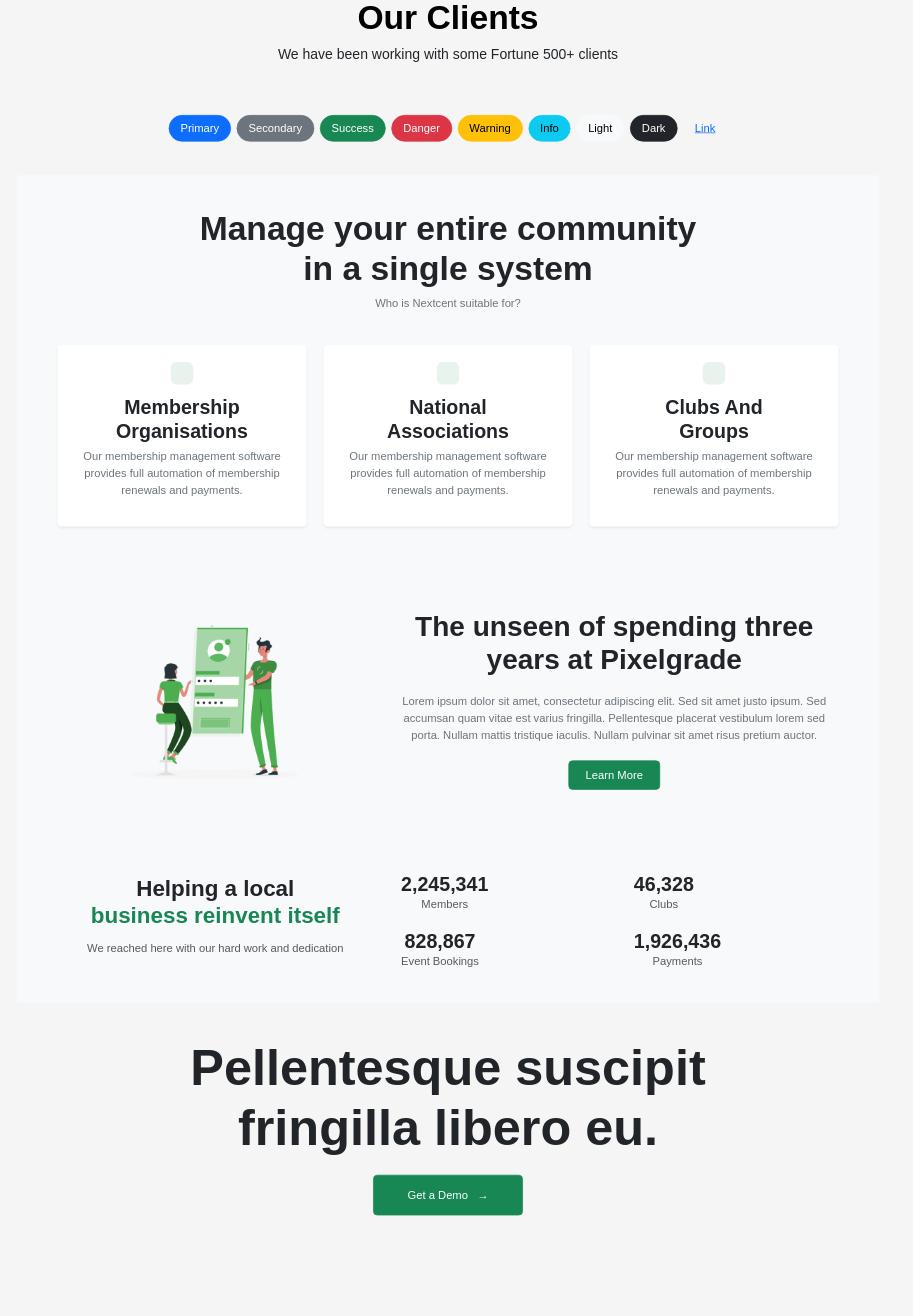
Repository: Laibaaa10/Bootstrap1
Page: index.html
An editor plug-in stored every save of this project. The page is shown before and after a run of saves, followed by the edit.
The browser window is 1280 px wide. The page is 1304 px wide, so the pictures cover 1304 px, including what lies to the right of the window. The pictures show the part of the page from y = 916 to 2796 px (the page is 2796 px tall), at 70% of full size.

Above is the page before, as saved 2026-06-18 07:51:03.

After the next 3 saves:
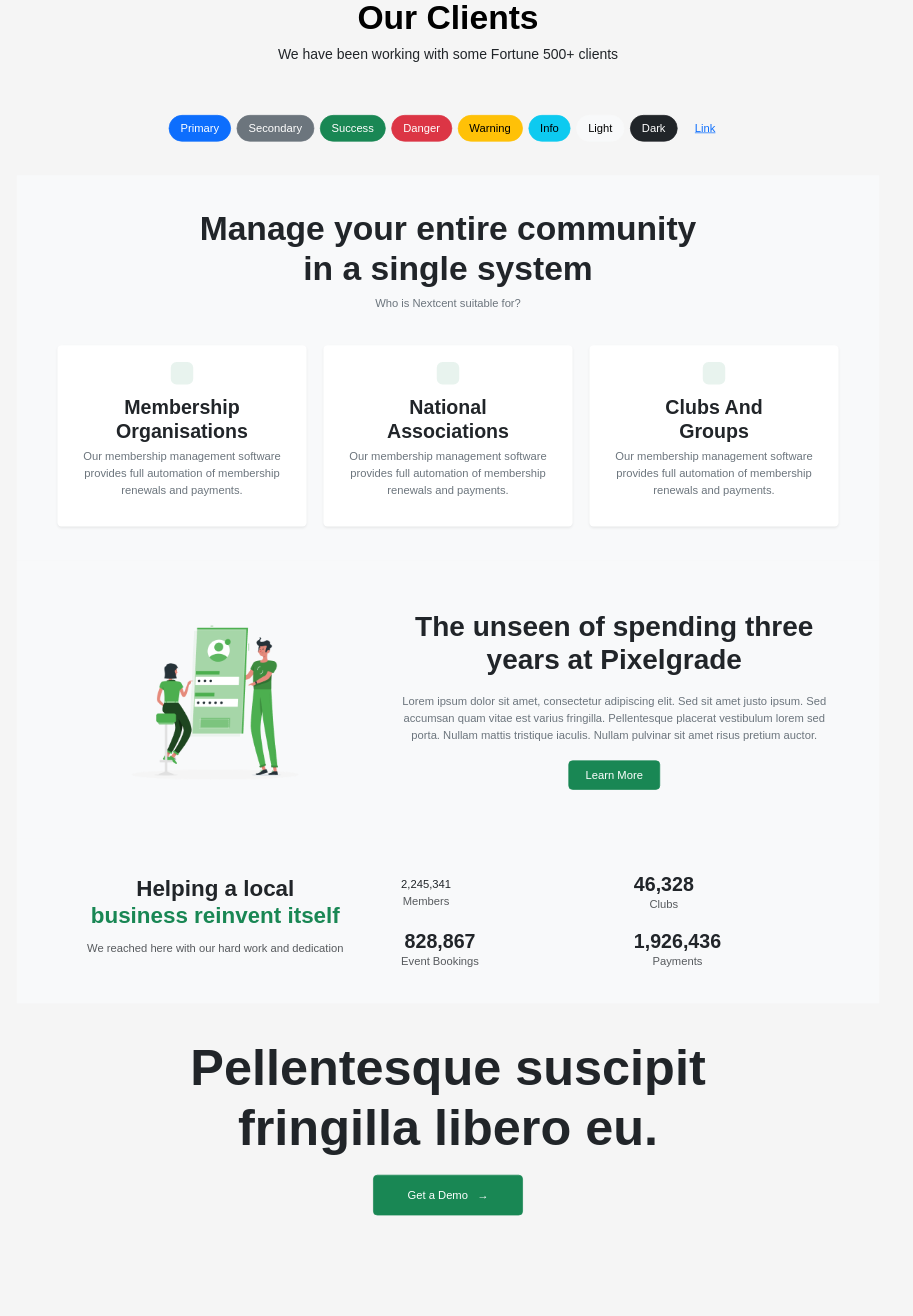
The 3 saves are shown as one change because they came seconds apart.
The last was saved 57 s later.
--- a/index.html
+++ b/index.html
@@ -206,6 +206,7 @@
                     <div class="col-md-6 d-flex align-items-center">
                         <i class="fa-solid fa-users text-success fs-1 me-3"></i>
                         <div>
+                            <img
                             <h3 class="fw-bold mb-0">2,245,341</h3>
                             <p class="text-muted mb-0">Members</p>
                         </div>
